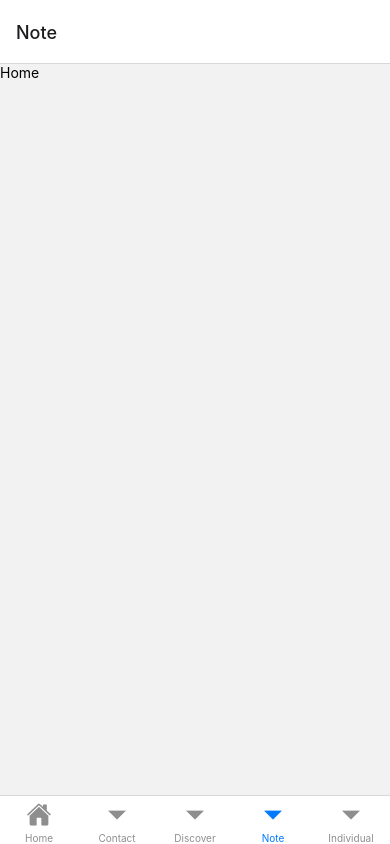
Repository: dinhtq-47/react-native
Screen: /Note
These files come from the project's save history. The screen is drawn as it stood at one moment and after the next save; the edit follows.
The app was drawn by React Native's web renderer in a window 390 px wide. The project was rebuilt for these pictures with package versions that can differ from the ones it lists, and the page was loaded fresh each time. Also part of the build but not shown: screens/Contact.js, screens/Discover.js, screens/Individual.js.

Above is the screen before, as saved 2022-02-16 17:53:42.

After the next save:
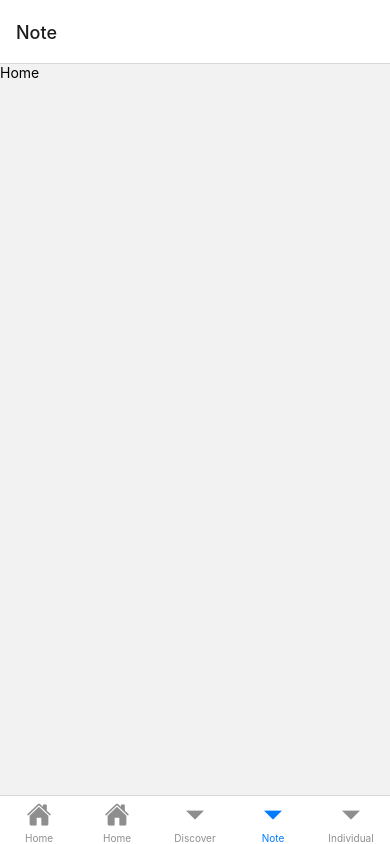
Saved 19 s later.
--- a/navigations/Home.js
+++ b/navigations/Home.js
@@ -20,7 +20,16 @@ const HomeTab = () => {
           ),
         }}
       />
-      <Tab.Screen name="Contact" component={Contact} />
+      <Tab.Screen
+        name="Contact"
+        component={Contact}
+        options={{
+          tabBarLabel: "Home",
+          tabBarIcon: ({ color, size }) => (
+            <Ionicons name="home" color={color} size={size} />
+          ),
+        }}
+      />
       <Tab.Screen name="Discover" component={Discover} />
       <Tab.Screen name="Note" component={Note} />
       <Tab.Screen name="Individual" component={Individual} />
